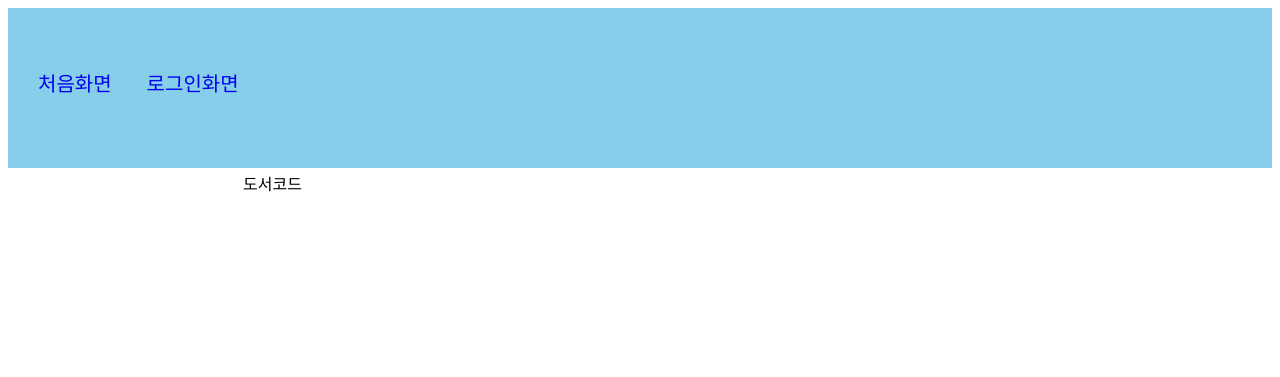
Repository: golddrone7/front
Page: http://localhost/bookproject2/book/bookInput.jsp
An editor plug-in stored every save of this project. The page is shown before and after the next save, followed by the edit.
The browser window is 1280 px wide. The pictures show the whole page.
The page is served by Tomcat 9.

Above is the page before, as saved 2023-02-24 03:25:53.

After the next save:
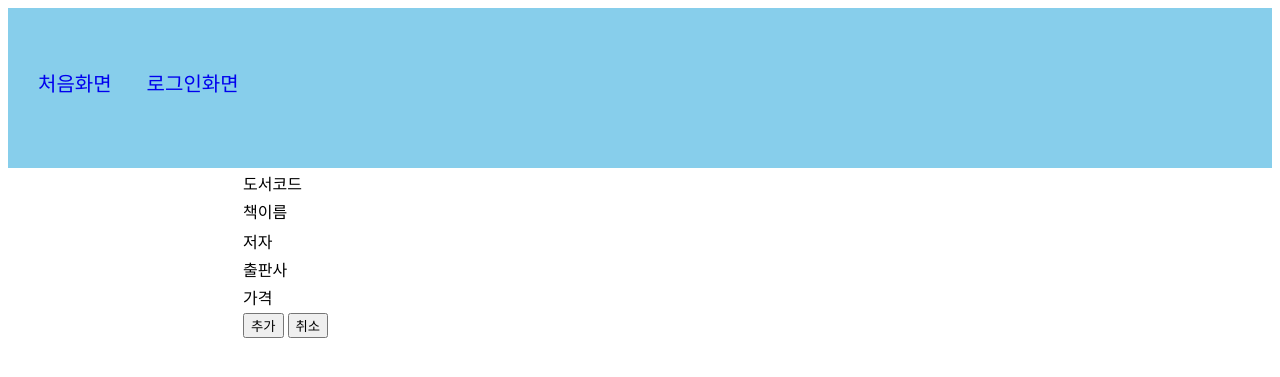
Saved 54 s later.
--- a/bookproject2/web/book/bookInput.jsp
+++ b/bookproject2/web/book/bookInput.jsp
@@ -9,25 +9,27 @@
 		<td>도서코드</td>
 		<td></td>
 	</tr>
-		<td></td>
+		<td>책이름</td>
 		<td></td>
 	<tr>
 	</tr>
 	<tr>
-		<td></td>
+		<td>저자</td>
 		<td></td>
 	</tr>
 	<tr>
-		<td></td>
+		<td>출판사</td>
 		<td></td>
 	</tr>
 	<tr>
-		<td></td>
+		<td>가격</td>
 		<td></td>
 	</tr>
 	<tr>
-		<td></td>
-		<td></td>
+		<td colspan="2">
+			<input type="submit" value="추가">
+			<input type="reset" value="취소">
+		</td>
 	</tr>
 
 
